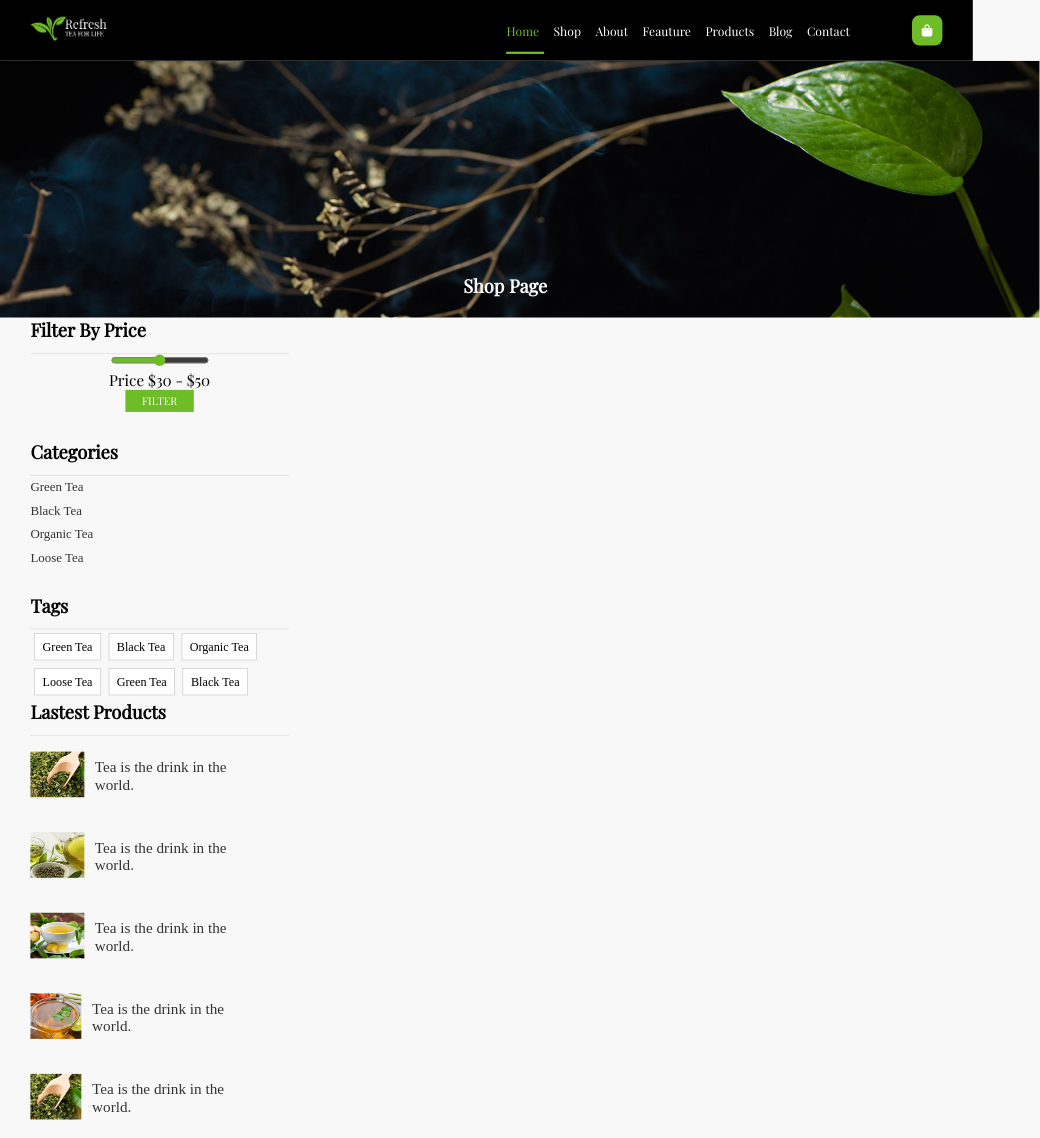
Repository: 52hzwhaleblue/school_teashop
Page: shop.html
The author's editor kept a copy of each file at every save. The page is drawn from the files as they stood at one save, then again after a run of saves.
The browser window is 1280 px wide. The page is 1368 px wide, so the pictures cover 1368 px, including what lies to the right of the window. The pictures show the whole page, at 76% of full size.
Some web libraries are served in a nearby version.

Above is the page before, as saved 2022-05-04 16:46:17.

### shop.html
<!DOCTYPE html>
<html lang="en">

<head>
    <meta charset="UTF-8">
    <meta http-equiv="X-UA-Compatible" content="IE=edge">
    <meta name="viewport" content="width=device-width, initial-scale=1.0">

    <!-- Style CSS -->
    <link rel="stylesheet" href="./style.css" stylesheet="text/style.css" />

    <!-- googel fonts -->
    <link rel="preconnect" href="https://fonts.googleapis.com" />
    <link rel="preconnect" href="https://fonts.gstatic.com" crossorigin />
    <link href="https://fonts.googleapis.com/css2?family=Playfair+Display&display=swap" rel="stylesheet" />

    <!-- cdn -->
    <link rel="stylesheet" href="https://cdnjs.cloudflare.com/ajax/libs/font-awesome/6.1.1/css/all.min.css" integrity="sha512-KfkfwYDsLkIlwQp6LFnl8zNdLGxu9YAA1QvwINks4PhcElQSvqcyVLLD9aMhXd13uQjoXtEKNosOWaZqXgel0g==" crossorigin="anonymous" referrerpolicy="no-referrer"
    />

    <!-- App.js -->
    <script src="./app.js">
    </script>

    <title>Shop</title>
</head>

<body>
    <!-- header -->
    <div class="header-wrapper">
        <div class="center">
            <div class="row">
                <div class="logo">
                    <img src="./images/logo.png" alt="" />
                </div>

                <div class="menu">
                    <ul>
                        <li class="active"><a href="#">Home</a></li>
                        <li><a href="#">Shop</a></li>
                        <li><a href="#">About</a></li>
                        <li><a href="#">Feauture</a></li>
                        <li><a href="#">Products</a></li>
                        <li><a href="#">Blog</a></li>
                        <li><a href="#">Contact</a></li>
                    </ul>
                </div>

                <div class="cart">
                    <i class="fa-solid fa-bag-shopping"></i>
                </div>
            </div>
        </div>
    </div>

    <!-- silder -->
    <div class="slider-wrapper">
        <div class="slider-img">
            <img src="./images/shop-slide.jpg" alt="" />

            <div class="center">
                <div class="shop-slide-content">
                    <h2 class="heading">Shop Page</h2>
                </div>
            </div>
        </div>
    </div>


    <div class="shop-page-wrapper">
        <div class="center">
            <div class="box-shop-page">
                <!-- filter by price -->
                <div class="price-filter-wrapper">
                    <div class="box-price-filter">
                        <h4>filter by price</h4>
                        <div class="price-range-bar">
                            <form class="multi-range-field my-5 pb-5">
                                <input id="multi3" class="multi-range" type="range" />
                            </form>

                            <div class="price-range">
                                <span>Price</span>
                                <span> $30 </span> -
                                <span> $50 </span>
                            </div>

                            <div class="filter-btn">
                                <p>filter</p>
                            </div>
                        </div>
                    </div>
                    <div class="catory-wrapper">
                        <div class="box-catory">
                            <h2>Categories</h2>
                        </div>
                        <div class="category">
                            <ul>
                               <li><a href="" class="btn1">Green Tea</a></li>
                               <li><a href="" class="btn1">Black Tea</a></li>
                               <li><a href="" class="btn1">Organic Tea</a></li>
                               <li><a href="" class="btn1">Loose Tea</a></li>
                            </ul>
                        </div>
                        <div class="box-catory">
                            <h2>Tags</h2>
                        </div>
                        <div class="category1">
                           <ul clas="list">
                               <li><a href="" class="btn">Green Tea</a></li>
                               <li><a href="" class="btn">Black Tea</a></li>
                               <li><a href="" class="btn">Organic Tea</a></li>
                               <li><a href="" class="btn">Loose Tea</a></li>
                               <li><a href="" class="btn">Green Tea</a></li>
                               <li><a href="" class="btn">Black Tea</a></li>
                           </ul>
                        </div>
                        <div class="box-catory">
                            <h2>Lastest Products</h2>
                        </div>
                        <div class="last-product">
                            <div class="row">
                                <div class="col-2">
                                    <img src="images/product-1.jpg">
                                </div>
                                <div class="col-2">
                                    <a href="" class="btn2">Tea is the drink in  the world. </a>
                                </div>
                            </div>
                      </div>
                      <div class="last-product">
                        <div class="row">
                            <div class="col-2">
                                <img src="images/product-2.jpg">
                            </div>
                            <div class="col-2">
                                <a href="" class="btn2">Tea is the drink in  the world.</a>
                            </div>
                        </div>
                       </div>
                       <div class="last-product">
                        <div class="row">
                            <div class="col-2">
                                <img src="images/product-3.jpg">
                            </div>
                            <div class="col-2">
                                <a href="" class="btn2">Tea is the drink in  the world.</a>
                            </div>
                        </div>
                       </div>
                         <div class="last-product">
                          <div class="row">
                          <div class="col-2">
                             <img src="images/product-4.jpg">
                            </div>
                            <div class="col-2">
                             <a href="" class="btn2">Tea is the drink in  the world.</a>
                            </div>
                        </div>
                       </div>

                    <div class="last-product">
                        <div class="row">
                            <div class="col-2">
                                <img src="images/product-5.jpg">
                            </div>
                            <div class="col-2">
                                <a href="" class="btn2">Tea is the drink in  the world.</a>
                            </div>
                        </div>
                       </div>
                   </div>
               </div>
                <!-- shop-product -->
                <div class="shop-product-wrapper">
                   <div class="shop">

                   </div>
                 </div>
            </div>
        </div>
    </div>

</body>

</html>

### style.css
* {
    padding: 0;
    margin: 0;
}

body {
    background-color: #f8f8f8;
}


/* header */

.header-wrapper {
    margin: 0 auto;
    background-color: #000000;
    position: sticky;
    top: 0;
    z-index: 1;
}

.center {
    width: 1200px;
    margin: 0 auto;
}

.header-wrapper .row {
    display: flex;
    justify-content: space-between;
    align-items: center;
    padding: 20px 0;
}


/* logo */

.logo {
    width: 50.0450045005%;
}

.logo img {
    width: 100px;
}


/* menu */

.menu {
    width: 42.304230423%;
}

.menu ul li.active a {
    color: #6fbc29;
}

.menu ul li {
    display: inline-block;
    padding-right: 15px;
    position: relative;
}

.menu ul li:after {
    content: " ";
    width: 50px;
    border-bottom: 3px #6fbc29 solid;
    /* background-color: #6fbc29; */
    left: 0;
    bottom: -20px;
    position: absolute;
}

.menu ul li:not(.active):after {
    content: " ";
    width: 50px;
    border-bottom: 3px #6fbc29 solid;
    left: 0;
    bottom: -30px;
    position: absolute;
    opacity: 0;
    transition: 0.5s;
}

.menu ul li:hover:after {
    bottom: -20px;
    opacity: 1;
}

.menu ul li:hover a {
    color: #6fbc29;
}

.menu ul li a {
    text-decoration: none;
    color: #fff;
    font-family: "Playfair Display", serif;
}


/* cart */

.cart {
    width: 40px;
    height: 40px;
    border-radius: 25%;
    background-color: #6fbc29;
    display: flex;
    justify-content: center;
    align-items: center;
}

.cart i {
    color: #fff;
}


/* silder */

.slider-wrapper {
    width: 1368px;
    margin: 0 auto;
    overflow: hidden;
}

.slider-img {
    display: flex;

}

.slider-img img {
    max-width: 1368px;
}
.slider-img input{
    display: none;
}


.slider-wrapper .home-slide-content {
    width: 446px;
    position: absolute;
    top: 20%;
    left: calc((100% - 1200px) / 2);
}

.slider-wrapper .shop-slide-content {
    width: 446px;
    position: absolute;
    top: 50%;
    left: calc(100% /2.1);
}

.home-slide-content .heading {
    text-transform: uppercase;
    font-family: "Playfair Display";
    font-size: 16px;
    color: #fff;
}

.shop-slide-content .heading {
    text-transform: capitalize;
    font-family: "Playfair Display";
    /* font-size: 50px; */
    color: #fff;
}

.home-slide-content .subHeading {
    text-transform: capitalize;
    font-family: "Playfair Display";
    font-size: 50px;
    padding: 26px 0 50px 0;
    color: #fff;
}

.home-slide-content .subHeading span {
    color: #6fbc29;
    text-transform: capitalize;
    font-size: 50px;
}

.home-slide-content .slider-btn {
    width: 130px;
    /* height: 35px; */
    background-color: #6fbc29;
    display: flex;
    justify-content: center;
    align-items: center;
}

.slider-btn a {
    font-family: "Playfair Display";
    font-size: 14px;
    text-transform: uppercase;
    color: #fff;
    text-decoration: none;
    padding: 10px 0;
}


/* new product */

.product-wrapper {
    width: 1368px;
    margin: 0 auto;
    padding: 57px 0;
}

.title-main {
    padding-bottom: 52px;
}

.title-main h1 {
    font-family: "Playfair Display";
    font-size: 35px;
    text-transform: capitalize;
    color: #212529;
    text-align: center;
}

.title-main .icon {
    text-align: center;
    padding: 23px 0 18px 0;
}

.heading-icon .icon img {
    width: 100px;
}

.title-main .subTitle {
    width: 540px;
    margin: 0 auto;
}

.title-main .subTitle p {
    font-family: "Playfair Display";
    font-size: 14px;
    color: #212529;
    text-align: center;
}


/* product items */

.product-items {
    display: flex;
    flex-wrap: wrap;
    justify-content: space-between;
}

.product-items .item {
    /* width: calc(100% / 4); */
}

.product-items .item .img {
    position: relative;
}

.modal {
    position: absolute;
    width: 100%;
    height: 100%;
    bottom: 0;
    opacity: 0;
    background-color: #6fbc29;
    transition: 0.7s;
}

.modal-content h4 {
    font-family: "Playfair Display", serif;
    color: #fff;
    text-align: center;
    text-transform: capitalize;
}

.modal-content {
    padding: 48px;
}

.modal-content p {
    font-size: 14px;
    font-family: "Playfair Display", serif;
    color: #fff;
    text-align: center;
    padding: 20px 0;
}

.readmore-btn {
    width: 130px;
    background-color: #fff;
    border: 1px #fff solid;
    padding: 5px 0;
    margin: 0 auto;
    text-align: center;
}

.readmore-btn a {
    text-decoration: none;
    color: #6fbc29;
    font-size: 14px;
    font-family: "Playfair Display", serif;
    text-transform: uppercase;
}

.readmore-btn:hover {
    background-color: transparent;
}

.readmore-btn:hover a {
    text-decoration: none;
    color: #fff;
    font-size: 14px;
    font-family: "Playfair Display", serif;
    text-transform: uppercase;
}

.product-items .img:hover .modal {
    top: 0;
    opacity: 0.8;
}

.product-btn {
    display: flex;
    justify-content: center;
}

.btn-left,
.btn-right {
    border-radius: 50%;
    width: 30px;
    height: 30px;
    background-color: #6fbc29;
    margin: 0 10px;
    display: flex;
    align-items: center;
    justify-content: center;
    color: #fff;
    margin-top: 35px;
}

.btn-left:hover,
.btn-right:hover {
    border-radius: 50%;
    width: 30px;
    height: 30px;
    background-color: #fff;
    margin: 0 10px;
    display: flex;
    align-items: center;
    justify-content: center;
    color: #6fbc29;
    margin-top: 35px;
}


/* information */

.information {
    width: 1368px;
    margin: 0 auto;
    background-color: #f8f8f8;
    display: flex;
    justify-content: space-between;
}

.info-img img {
    max-width: 730px;
}

.info-content {
    width: 37.6461988304%;
    padding: 85px 0 125px 30px;
}

.info-content h2 {
    font-size: 35px;
    font-family: "Playfair Display", serif;
}

.info-content p {
    font-size: 14px;
    font-family: "Playfair Display", serif;
    margin: 10px 0;
}

.information .readmore-info-btn {
    width: 130px;
    background-color: #6fbc29;
    padding: 5px 0;
    text-align: center;
}

.information .readmore-info-btn a {
    text-decoration: none;
    color: #fff;
    font-size: 14px;
    font-family: "Playfair Display", serif;
    text-transform: uppercase;
}

.information .readmore-info-btn:hover {
    background-color: #fff;
}

.information .readmore-info-btn:hover a {
    text-decoration: none;
    color: #6fbc29;
    font-size: 14px;
    font-family: "Playfair Display", serif;
    text-transform: uppercase;
}

.criteria-wrapper {
    width: 100%;
    height: 368px;
}

.criteria-items {
    max-width: 1368px;
    display: flex;
    justify-content: center;
}

.criteria-items .item {
    padding: 0 10px;
    box-sizing: border-box;
}


/* featured product */

.featured-product-wrapper {}

.featured-product-items {
    display: flex;
    justify-content: space-between;
    flex-wrap: wrap;
    margin-bottom: 50px;
}

.featured-product-items .item {
    width: calc(100% / 3);
}

.featured-product-items .item .img {
    position: relative;
}

.featured-product-items .img .modal {
    border-radius: 50%;
}

.featured-product-items .img:hover .modal {
    top: 0;
    opacity: 0.8;
    width: 92.5%;
}

.featured-product-items .item .title {
    text-align: center;
    font-family: "Playfair Display";
    font-weight: 600;
    font-size: 20px;
}

.featured-product-items .item .description {
    text-align: center;
    font-family: "Playfair Display";
    font-size: 14px;
}

.featured-product-items .item img {
    border-radius: 50%;
}


/* Information Wrapper */

.info-wrapper {
    position: relative;
}

.info-wrapper img {
    height: 435px;
    width: 100%;
}

.info-heading {
    top: 0;
    width: 490px;
    margin: 55px 0;
    position: absolute;
}

.info-heading .title {
    font-family: "Playfair Display";
    font-size: 35px;
    font-weight: 600;
}

.info-heading .subTitle {
    font-family: "Playfair Display";
    font-size: 14px;
    margin: 25px 0 50px 0;
}

.readmore-info-btn {
    width: 130px;
    background-color: #6fbc29;
    border: 1px #fff solid;
    padding: 5px 0;
    /* margin: 0 auto; */
    text-align: center;
}

.readmore-info-btn a {
    text-decoration: none;
    color: #fff;
    font-size: 14px;
    font-family: "Playfair Display", serif;
    text-transform: uppercase;
}

.readmore-info-btn:hover {
    background-color: #fff;
}

.readmore-info-btn:hover a {
    text-decoration: none;
    color: #6fbc29;
    font-size: 14px;
    font-family: "Playfair Display", serif;
    text-transform: uppercase;
}


/* video */

.video-wrapper {
    position: relative;
    display: flex;
    justify-content: center;
}

.bg-overlay {
    position: relative;
    z-index: 1;
}

.bg-overlay:after {
    background: #000 none repeat scroll 0 0;
    content: "";
    height: 100%;
    left: 0;
    opacity: 0.8;
    position: absolute;
    top: 0;
    width: 100%;
}

.video-wrapper .center {
    width: 1200px;
    margin: 0 auto;
    display: flex;
    justify-content: center;
}

.video-wrapper img {
    width: 100%;
}

.video-wrapper .title-main {
    top: 0;
    position: absolute;
    z-index: 2;
    margin-top: 55px;
}

.video-wrapper .title-main .title {
    color: #fff;
}

.video-wrapper .title-main .icon img {
    width: 200px;
}

.video-wrapper .title-main .subTitle p {
    color: #fff;
}

.box-video {
    /* width: 890px;
    height: 442px; */
    bottom: 25%;
    z-index: 1;
    position: absolute;
}


/* Shop Page */

.box-shop-page {
    display: flex;
    justify-content: space-between;
}

.price-filter-wrapper {
    width: 28.3333333333%;
}

.box-price-filter h4 {
    font-family: "Playfair Display", serif;
    font-size: 24px;
    text-transform: capitalize;
    border-bottom: 1px #dedede solid;
    padding-bottom: 15px;
}



/* Price Range Input */

#multi3 {
    accent-color: #6FBC29;
}

.price-range-bar {
    text-align: center;
}

.price-range {
    font-family: "Playfair Display", serif;
    font-size: 20px;
}

.filter-btn {
    width: 90px;
    height: 35px;
    margin: 0 auto;
}

.filter-btn:hover {
    width: 90px;
    height: 35px;
    margin: 0 auto;
}

.filter-btn p {
    font-family: "Playfair Display", serif;
    font-size: 14px;
    color: #fff;
    text-transform: uppercase;
    background-color: #6fbc29;
    padding: 5px 20px;
}

.filter-btn p:hover {
    font-family: "Playfair Display", serif;
    font-size: 14px;
    color: #6fbc29;
    text-transform: uppercase;
    background-color: #fff;
    padding: 5px 20px;
    border: 1px #6fbc29 solid;
}
.box-catory h2{
    font-family: "Playfair Display", serif;
    font-size: 24px;
    text-transform: capitalize;
    border-bottom: 1px #dedede solid;
    padding-bottom: 15px;
    padding-top: 30px;
}
.category ul li a {
    text-decoration: none;
    color:#333333;
    font-size: 17px;
    transition: 0.3s;
    border-bottom: 1px solid transparent;
    padding: 5px 0;
    display: block;

}
ul{
    list-style-type: none;
}
.btn1:hover{
   color: #6fbc29;
   border-bottom: 1px solid #6fbc29;
}
.btn{
    display: inline-block;
    background: #fff;
    color: #000000;
    padding: 8px 10px;
    margin: 5px 5px;
    border: 1px solid #cccccc;
}

.btn:hover {
    background: #6fbc29;
    color: #fff;
}
.category1 ul li a{
    text-decoration: none;
    float: left;
}
.row {
    display: flex;
    align-items: center;
}

.col-2 img {
    width: 130%;
    height: 60px;
    padding: 10px 0;
    margin: 30px 20;
}
.btn2{
    color:#333333;
    padding: 30px;
    text-decoration: none;
    font-size: 20px;
    display: inline-block;
}
.btn2:hover{
    color:#6fbc29;
}
/* ----Product---- */

### app.js
/* $('#multi3').mdbRange({
    width: '100%',
    single: {
        active: true,
        multi: {
            active: true,
            rangeLength: 2
        },
    }
}); */

After the next 2 saves:
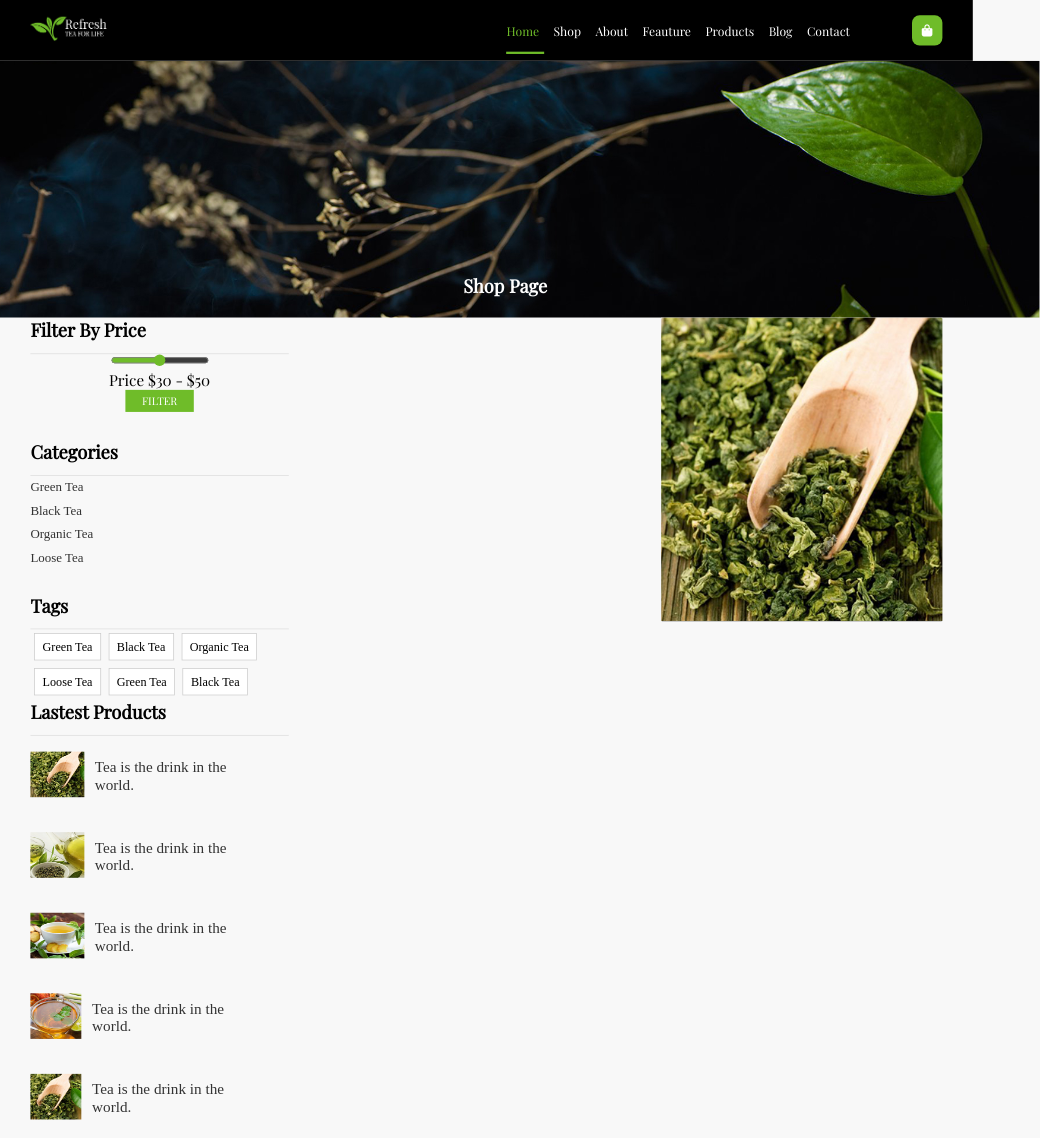
The 2 saves are shown as one change because they came seconds apart.
The last was saved 34 s later.
--- a/shop.html
+++ b/shop.html
@@ -174,7 +174,7 @@
                 <!-- shop-product -->
                 <div class="shop-product-wrapper">
                    <div class="shop">
-
+                       <img src="images/product-1.jpg">
                    </div>
                  </div>
             </div>
